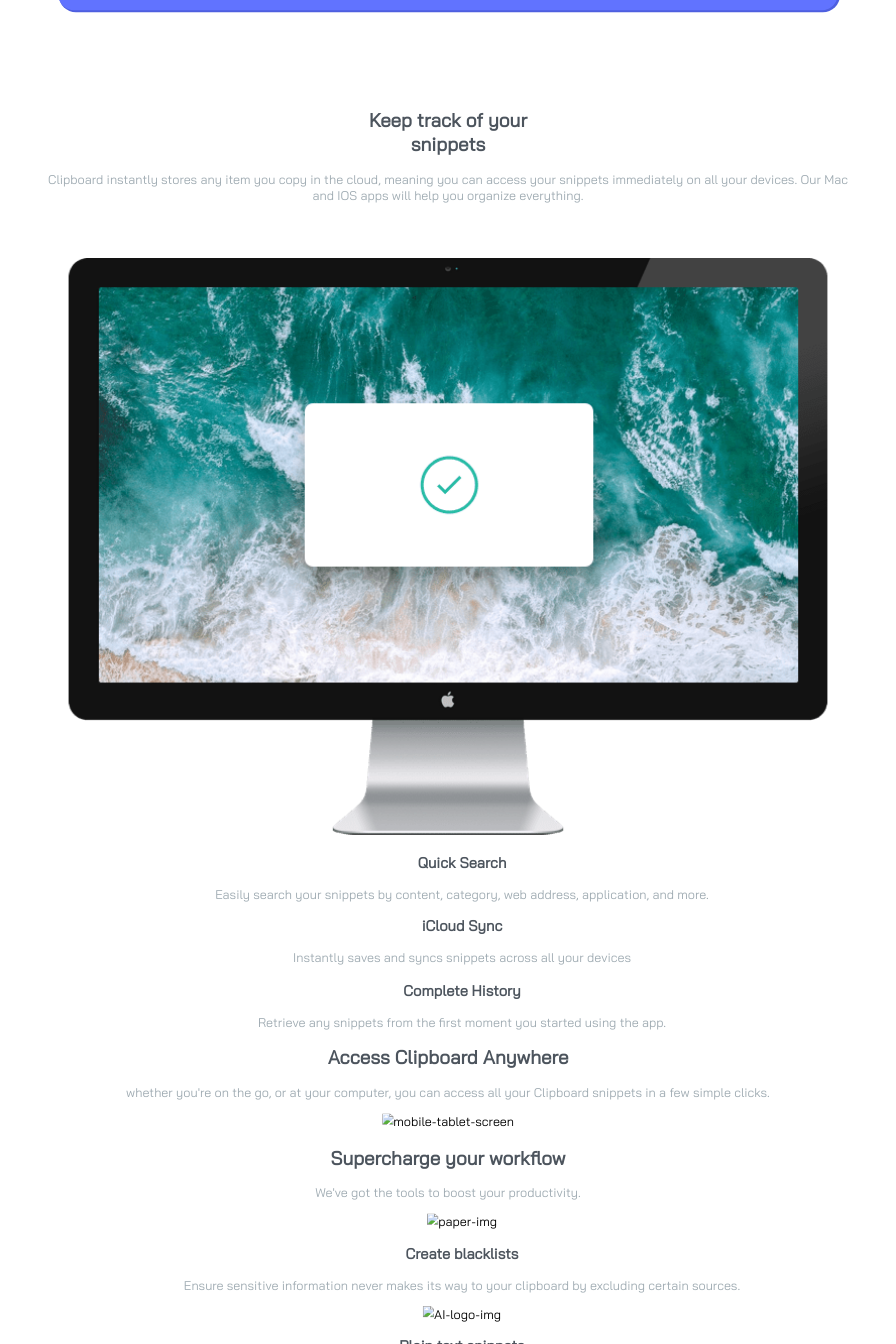
Repository: mikempho/Clipboard-landing-page
Page: index.html
These files come from the project's save history. The page is drawn as it stood at one moment and after the next save; the edit follows.
The browser window is 1280 px wide. The pictures show the part of the page from y = 621 to 2541 px (the page is 3572 px tall before and 3644 px after), at 70% of full size.

Above is the page before, as saved 2022-04-11 11:15:09.

After the next save:
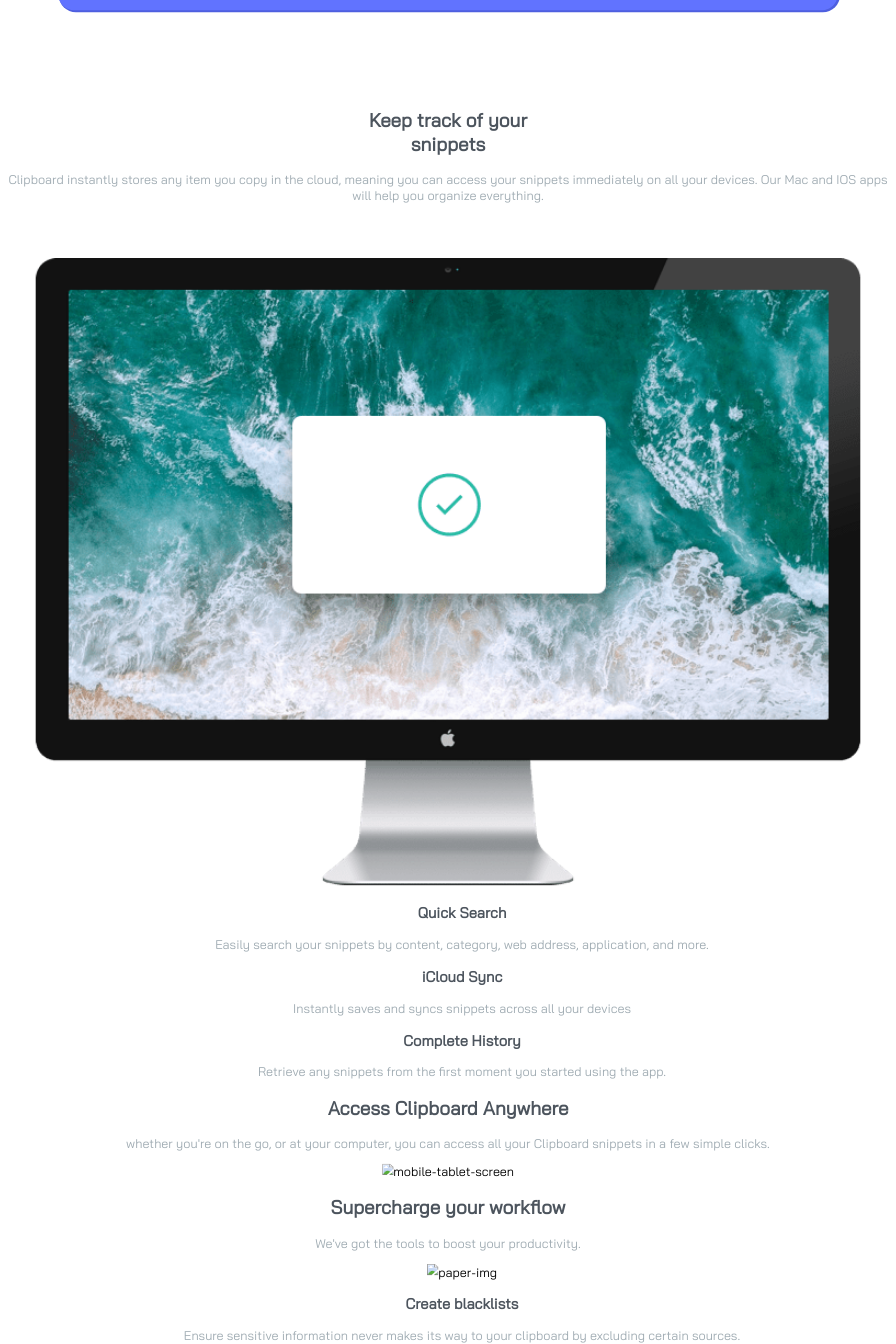
Saved 49 s later.
--- a/css/style.css
+++ b/css/style.css
@@ -82,7 +82,7 @@
 /* Section-1 */
 
 .section-1 {
-    padding: var(--container-padding);
+    /* padding: var(--container-padding); */
 }
 
 .feature-img {

After the save that followed:
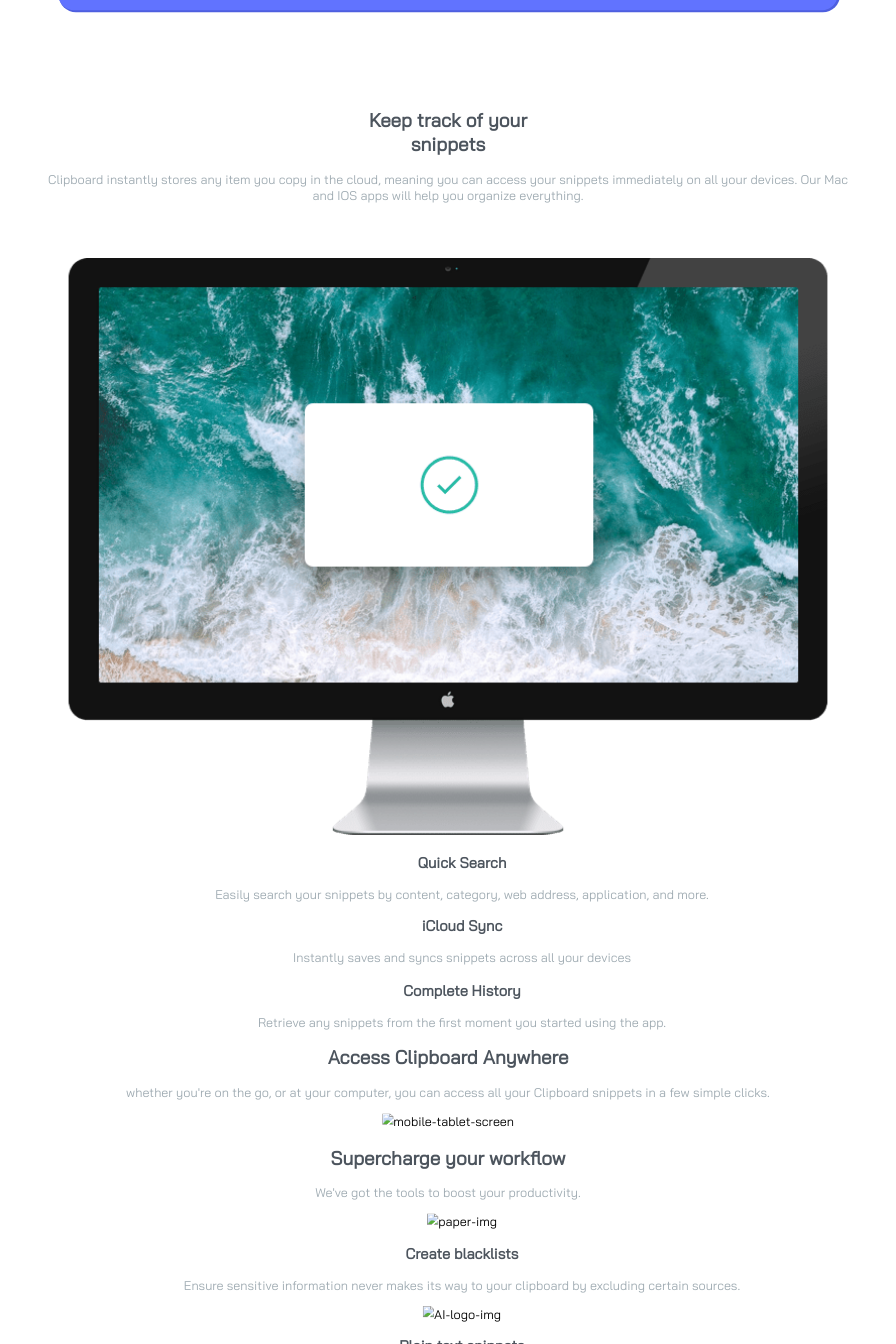
Saved 11 s later.
--- a/css/style.css
+++ b/css/style.css
@@ -82,7 +82,7 @@
 /* Section-1 */
 
 .section-1 {
-    /* padding: var(--container-padding); */
+    padding: var(--container-padding);
 }
 
 .feature-img {
